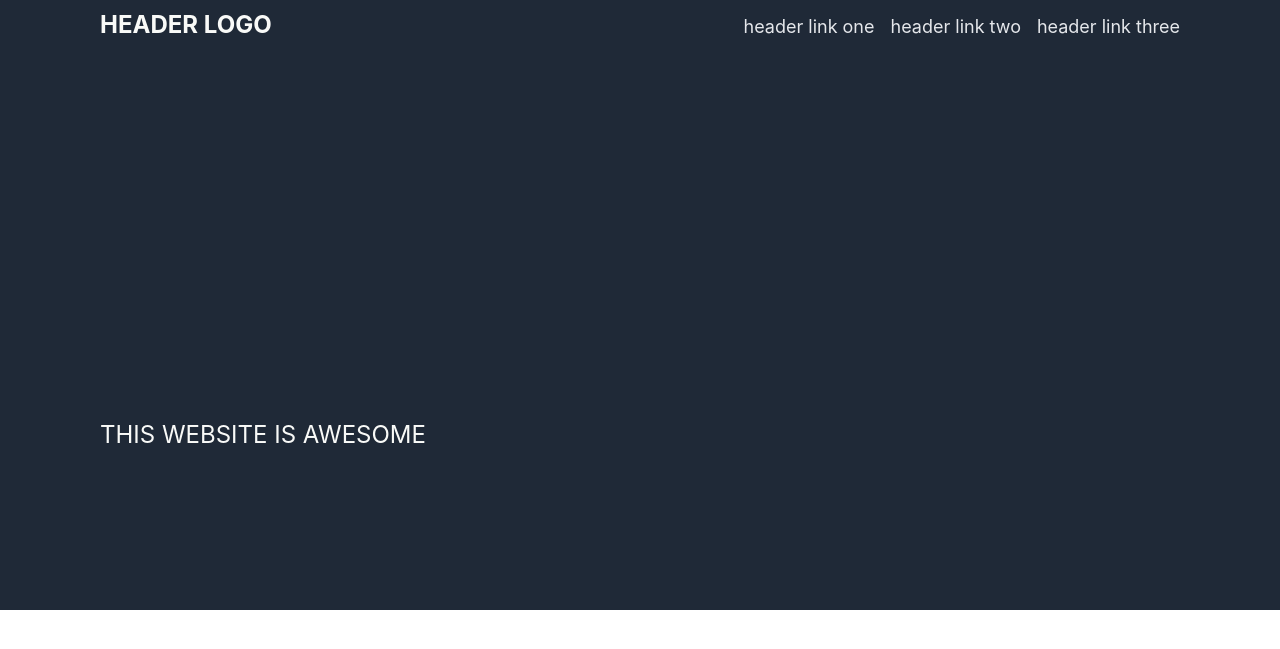
Repository: bbrockbrown/landing-page
Page: index.html
An editor plug-in stored every save of this project. The page is shown before and after the next save, followed by the edit.
The browser window is 1280 px wide. The pictures show the whole page.

Above is the page before, as saved 2024-07-24 11:32:20.

### index.html
<!DOCTYPE html>
<html lang="en">
<head>
    <meta charset="UTF-8">
    <meta name="viewport" content="width=device-width, initial-scale=1.0">
    <link rel="stylesheet" href="styles.css">
    <title>Landing Page</title>
</head>
<body>

    <div class="header">
        <div class="logo" style="font-weight: bolder">HEADER LOGO</div>
        <ul class="header-links">
            <li><a href="https://www.google.com/" target="_blank">header link one</a></li>
            <li><a href="https://www.google.com/" target="_blank">header link two</a></li>
            <li><a href="https://www.google.com/" target="_blank">header link three</a></li>
        </ul>
    </div>

    <div class="header-content">
        <div class="awesome-text">
            THIS WEBSITE IS AWESOME
        </div>
    </div>


    <div class="body">
        <div class="box-container">

        </div>

        <div class="quote-container">

        </div>
    </div>

    <div class="sign-up">

    </div>

    <div class="footer">

    </div>

</body>
</html>

### styles.css
body {
    font-family: -apple-system, BlinkMacSystemFont, 'Segoe UI', Roboto, Oxygen, Ubuntu, Cantarell, 'Open Sans', 'Helvetica Neue', sans-serif;
    margin: 0;
    min-height: 100vh;
    display: flex;
    flex-direction: column;
}

.header, .header-content {
    background-color: #1F2937;
    font-size: 24px;
    color: #F9FAF8;
    display: flex;
    justify-content: space-between;
    padding: 10px 100px 50px 100px;
    height: 350px;
}

.header-content {
    display: flex;
    flex: 1;
    height: 0px !important;
}

ul {
    margin: 0;
    padding: 0;
    list-style: none;
    display: flex;
    gap: 16px;
}

a {
    text-decoration: none;
    font-size: 18px;
    color: #E5E7EB;
}


.body {
    display: flex;
    flex: 1;
}

After the next save:
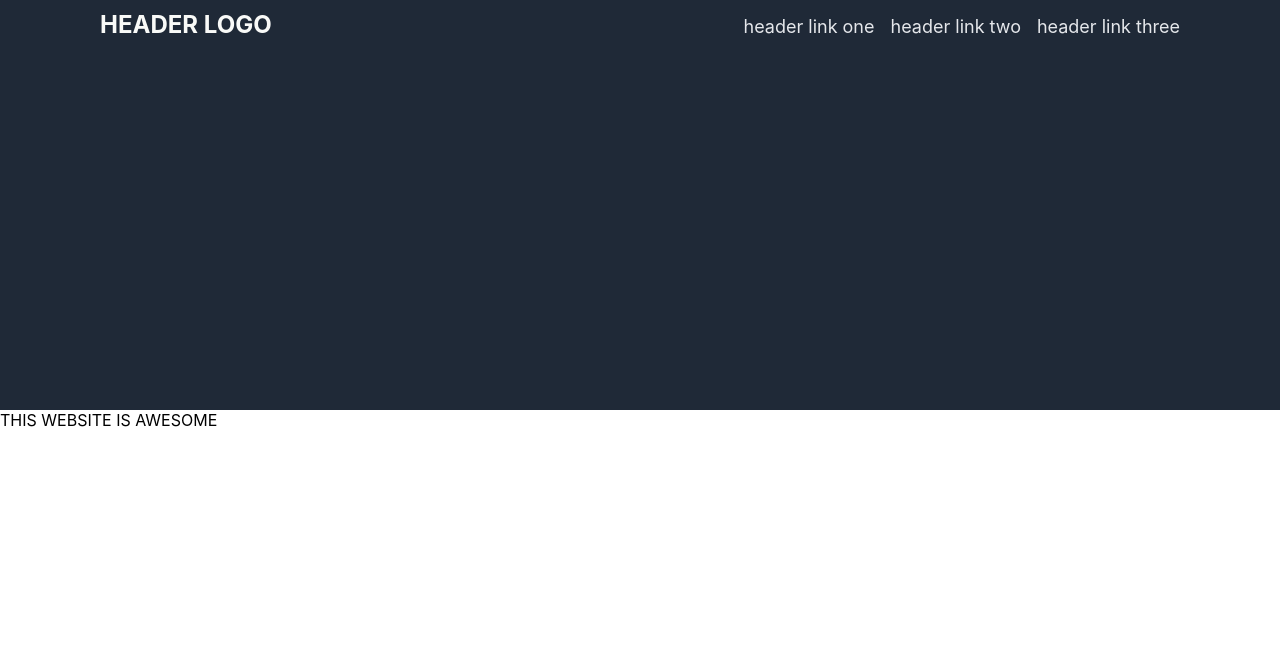
Saved 13 s later.
--- a/styles.css
+++ b/styles.css
@@ -6,7 +6,7 @@ body {
     flex-direction: column;
 }
 
-.header, .header-content {
+.header {
     background-color: #1F2937;
     font-size: 24px;
     color: #F9FAF8;
